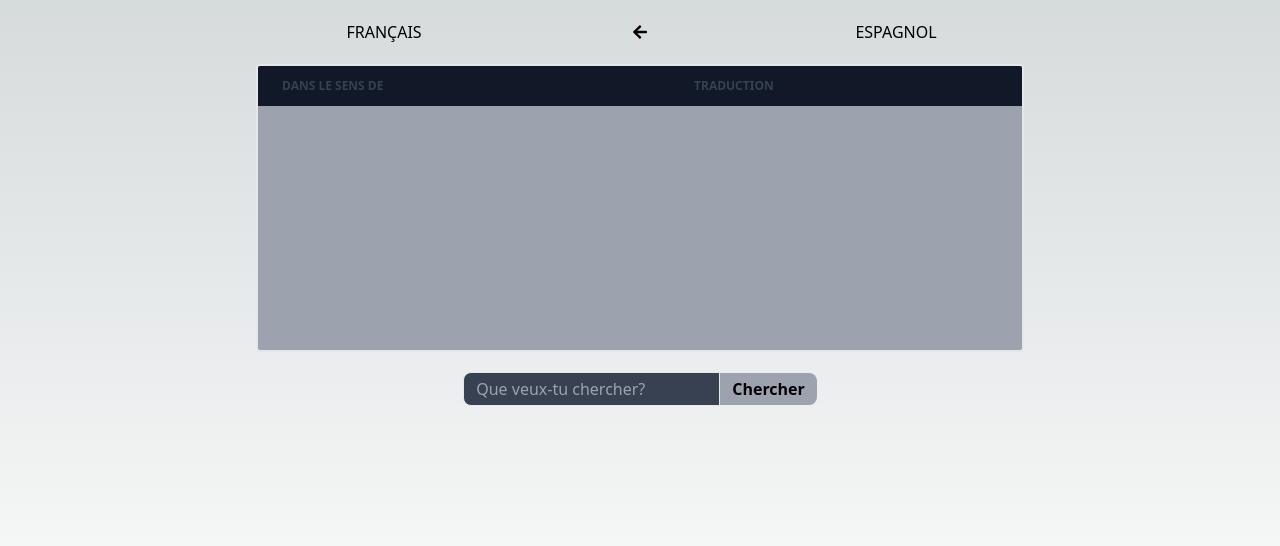
Repository: All-Khwarizmi/Dico
Page: /
The author's editor kept a copy of each file at every save. The page is drawn from the files as they stood at one save, then again after a run of saves.
The browser window is 1280 px wide. The pictures show the whole page.
An inner scrolling area shows only its first screen. The project was rebuilt for these pictures with package versions that can differ from the ones it lists, and the page was loaded fresh each time. The framework's server and built-in components were replaced by stand-ins that run in the browser. Also part of the build but not shown: next.config.js, vite.config.ts.

Above is the page before, as saved 2023-02-17 18:05:31.

### src/app/page.tsx
'use client';
import Image from 'next/image';
import { Inter } from '@next/font/google';
import { FaArrowLeft } from 'react-icons/fa';
import { BsArrowRight } from 'react-icons/bs';
import { FaArrowRight } from 'react-icons/fa';
import EspModal from '@/components/EspModal';
import DicoModal from '@/components/DicoModal';

const inter = Inter({ subsets: ['latin'] });
import parse from 'html-react-parser';
import { useState } from 'react';
import Link from 'next/link';

type Trad = {
  source: string;
  target: string;
};
type Translations = Array<Trad>;
interface TranslationsFetch {
  translations: Array<Trad>;
}
export default function Home() {
  const [word, setWord] = useState<string>('');
  const [isFr, setIsFR] = useState<Boolean>(false);
  const [translations, setTranslations] = useState<Translations>([]);

  const submitWord = (e: React.FormEvent<HTMLFormElement>) => {
    e.preventDefault();
    let check = word.split(' ').length;
    console.log('Submitting', check);
    if (check > 1) {
      return window.alert('1 mot à la fois');
    }
    if (isFr) return fetchDico(word).catch((err) => console.log(err));
     fetchDicoEsp(word).catch((err) => console.log(err));
  };

  const inputWord = (e: React.ChangeEvent<HTMLInputElement>) => {
    return setWord(e.target.value);
  };

  const fetchDico = async (word: string): Promise<void> => {
    console.log('Fetching..');
     const url = 'https://dico-ochre.vercel.app/api/dico';
    const options: RequestInit = {
      method: 'POST',
      headers: {
        'Content-Type': 'text/plain;charset=UTF-8',
      },
      body: JSON.stringify(word),
    };
    const res = await fetch(url, options);
    // eslint-disable-next-line @typescript-eslint/no-unsafe-assignment
    const data = await res.json();
    console.log('Data: ', data);
    // eslint-disable-next-line @typescript-eslint/no-unsafe-assignment
    const { translations }: TranslationsFetch = data;
    setTranslations(translations);
    setWord('');
  };
  const fetchDicoEsp = async (word: string): Promise<void> => {
    console.log('Fetching..');
    const url = 'https://dico-ochre.vercel.app/api/esp';
    const options: RequestInit = {
      method: 'POST',
      headers: {
        'Content-Type': 'text/plain;charset=UTF-8',
      },
      body: JSON.stringify(word),
    };
    const res = await fetch(url, options);
    // eslint-disable-next-line @typescript-eslint/no-unsafe-assignment
    const data = await res.json();
    console.log('Data: ', data);
    // eslint-disable-next-line @typescript-eslint/no-unsafe-assignment
    const { translations }: TranslationsFetch = data;
    setTranslations(translations);
    setWord('');
  };
  return (
    <main className='h-screen w-screen'>
      <div className='grid place-items-center '>
        {isFr ? (
          <div className='grid w-[60%] grid-cols-3  place-items-center  '>
            <button onClick={() => setIsFR(!isFr)}>
              <h1 className='py-5 text-center uppercase text-1xl'>Français</h1>
            </button>
            <button onClick={() => setIsFR(!isFr)}>
              <FaArrowRight />
            </button>
            <button onClick={() => setIsFR(!isFr)}>
              <h1 className='py-5 text-center uppercase text-1xl'>Espagnol</h1>
            </button>
          </div>
        ) : (
          <div className='grid w-[60%] grid-cols-3  place-items-center  '>
            <button onClick={() => setIsFR(!isFr)}>
              <h1 className='py-5 text-center uppercase text-1xl'>Français</h1>
            </button>
            <button onClick={() => setIsFR(!isFr)}>
              <FaArrowLeft />
            </button>
            <button onClick={() => setIsFR(!isFr)}>
              <h1 className='py-5 text-center uppercase text-1xl'>Espagnol</h1>
            </button>
          </div>
        )}
      </div>
      <div className='flex h-[100%] flex-col items-center gap-5'>
        <div className='border-black-500 h-[40%] max-h-[40%] w-[60%] overflow-scroll rounded border-2 border-solid bg-gray-400'>
          <div className='text-black '>
            <div className=''>
              <table className='  relative w-full text-left text-sm text-gray-500 dark:text-gray-400'>
                <thead className='  sticky top-0 bg-gray-900 text-xs uppercase text-gray-700 '>
                  <tr>
                    <th scope='col' className='px-6 dark:text-white py-3 '>
                      Dans le sens de
                    </th>
                    <th scope='col' className='px-6 dark:text-white py-3 '>
                      Traduction
                    </th>
                  </tr>
                </thead>
                <tbody className='bg-gray-800'>
                  {translations?.map((trad: Trad, index) => {
                    return (
                      <tr
                        className='border-b bg-white dark:border-gray-700 dark:bg-gray-800'
                        key={index}
                      >
                        <td className='px-6 py-4'> {parse(trad?.source)}</td>
                        <th
                          scope='row'
                          className='whitespace-nowrap px-6 py-4 font-medium text-gray-900 dark:text-white'
                        >
                          {parse(trad?.target)}
                        </th>
                      </tr>
                    );
                  })}
                </tbody>
              </table>
            </div>
          </div>
        </div>
        <form className='text-black' onSubmit={(e) => submitWord(e)}>
          <input
            onChange={(event) => inputWord(event)}
            value={word}
            placeholder='Que veux-tu chercher?'
            className='rounded-lg border dark:text-white border-1 bg-gray-700 rounded-r-none px-3 py-1'
            type='text'
            name='word'
            id='word'
          />
          <button
            className='rounded-lg rounded-l-none bg-gray-400 dark:text-white font-bold dark:bg-purple-900 px-3 py-1 dark:py-1.5'
            type='submit'
          >
            Chercher
          </button>
        </form>
      </div>
    </main>
  );
}

Loaded but not shown: src/app/layout.tsx (common file); src/app/globals.css (common file); tailwind.config.js (common file)

After the next 3 saves:
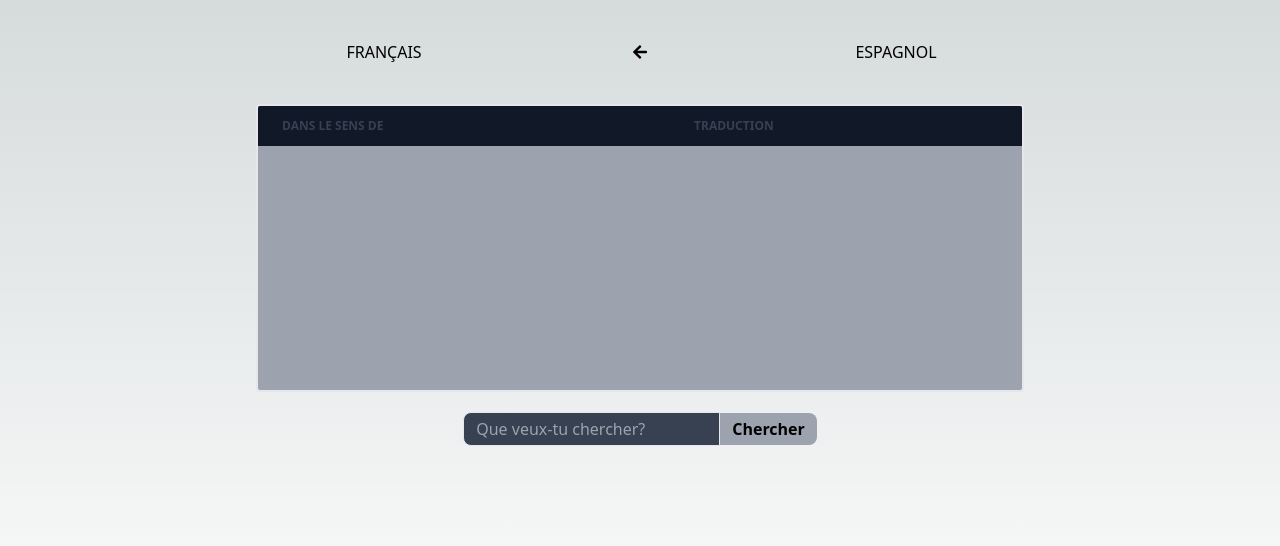
The 3 saves are shown as one change because they came seconds apart.
The last was saved 15 s later.
--- a/src/app/page.tsx
+++ b/src/app/page.tsx
@@ -80,7 +80,7 @@
   };
   return (
     <main className='h-screen w-screen'>
-      <div className='grid place-items-center '>
+      <div className='grid place-items-center py-5 '>
         {isFr ? (
           <div className='grid w-[60%] grid-cols-3  place-items-center  '>
             <button onClick={() => setIsFR(!isFr)}>

After the save that followed:
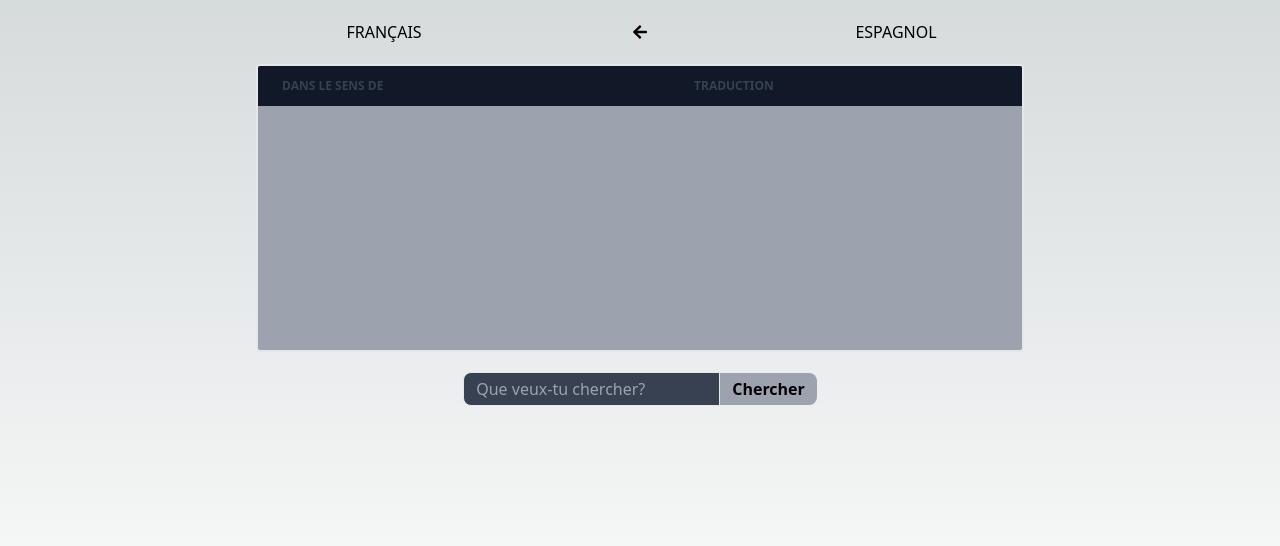
Saved 6 s later.
--- a/src/app/page.tsx
+++ b/src/app/page.tsx
@@ -80,7 +80,7 @@
   };
   return (
     <main className='h-screen w-screen'>
-      <div className='grid place-items-center py-5 '>
+      <div className='grid place-items-center  '>
         {isFr ? (
           <div className='grid w-[60%] grid-cols-3  place-items-center  '>
             <button onClick={() => setIsFR(!isFr)}>
